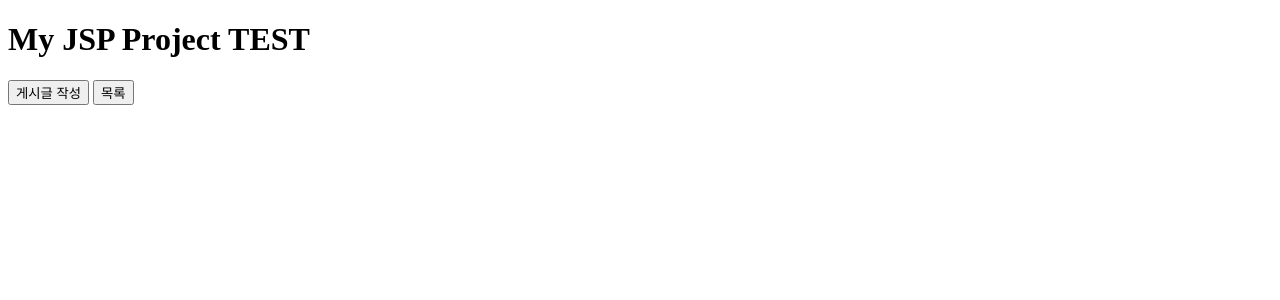
Repository: havanara/240416_JSP_Project
Page: http://localhost/jsp_study2/
The author's editor kept a copy of each file at every save. The page is drawn from the files as they stood at one save, then again after the next save.
The browser window is 1280 px wide. The pictures show the whole page.
The page is served by Tomcat 9.

Above is the page before, as saved 2024-04-17 02:09:49.

After the next save:
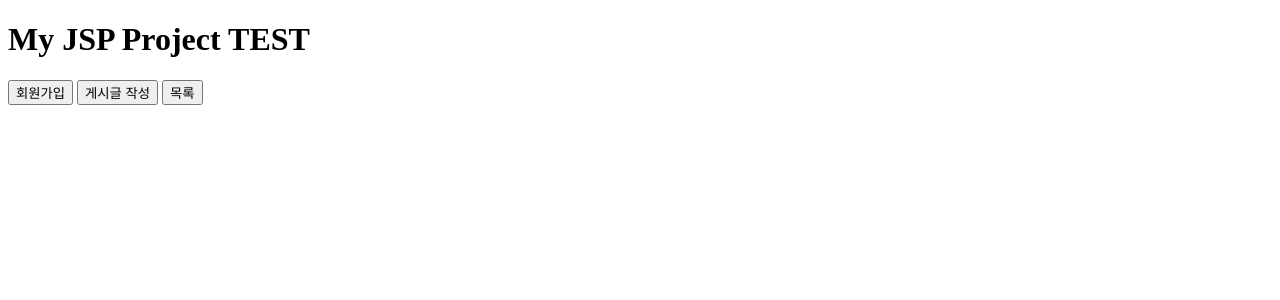
Saved 5 min 11 s later.
--- a/jsp_study2/src/main/webapp/index.jsp
+++ b/jsp_study2/src/main/webapp/index.jsp
@@ -8,6 +8,7 @@
 </head>
 <body>
 	<h1>My JSP Project TEST</h1>
+	<a href="/mem/join"><button>회원가입</button></a>
 	<a href="/brd/register"><button>게시글 작성</button></a>
 	<a href="/brd/list"><button>목록</button></a>
 </body>
